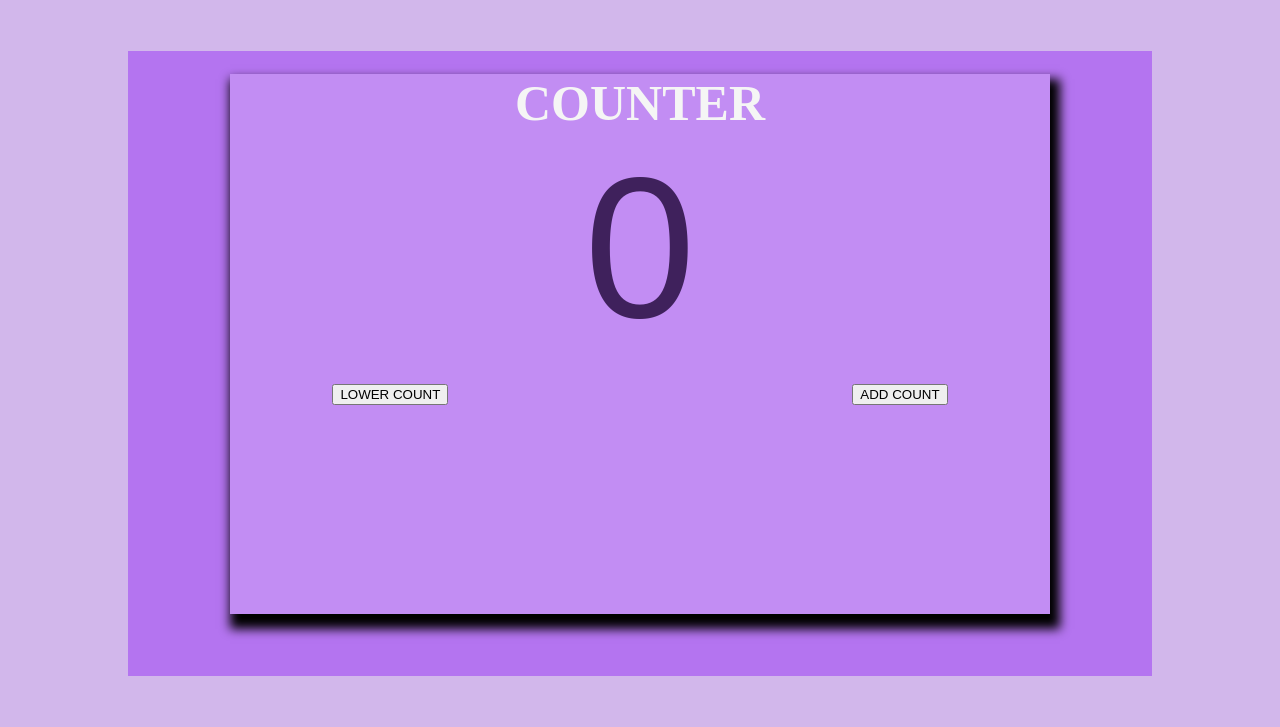
Repository: AnahitKhechumyan/Counter
Page: index.html
The author's editor kept a copy of each file at every save. The page is drawn from the files as they stood at one save, then again after the next save.
The browser window is 1280 px wide. The pictures show the whole page.

Above is the page before, as saved 2022-02-14 17:53:23.

### index.html
<!DOCTYPE html>
<html lang="en">
<head>
    <meta charset="UTF-8">
    <meta http-equiv="X-UA-Compatible" content="IE=edge">
    <meta name="viewport" content="width=device-width, initial-scale=1.0">
    <link rel="stylesheet" href="style.css">
    <script src= "./script.js"></script>
    <title>Document</title>
</head>
<body>
    <div class="container">
        <div class="main">
            <div class="header">COUNTER</div>
            <input type= "text" value = "0"/>
            <div class = "change">
                 <button id ="decrement" type="button">LOWER COUNT</button>
                 <button id ="increment" type="button">ADD COUNT</button>
            </div>
        </div>
    </div>
    <script src= "./script.js"></script>
</body>
</html>

### style.css
body{
    margin: 0;
    background-color: rgb(210, 183, 235);
}
.container{
    background-color: rgb(180, 116, 240);
    width: 80%;
    height: 85vh;
    margin: 4% 10%;
    padding-top: 1%;

}
.main{
    background-color: rgb(194, 141, 243);
    width: 80%;
    height: 75vh;
    margin: 1% 10%;
    box-shadow: 5px 10px 10px 5px;
    text-align: center;
}
.header{
    text-align: center;
    color:whitesmoke;
    font-size: 50px;
    font-weight: 700;
}

input{
    background-color:rgb(194, 141, 243) ;
    width: 20%;
    border:none;
    font-size:200px;
    color:rgb(63, 33, 92);
    text-align: center;
}
 .change{
    padding:20px;

 }
#decrement{
   margin-right: 200px;
}
#increment{
    margin-left: 200px;
}
}

Loaded but not shown: script.js (no copy from this time; the picture is the same without it)

After the next save:
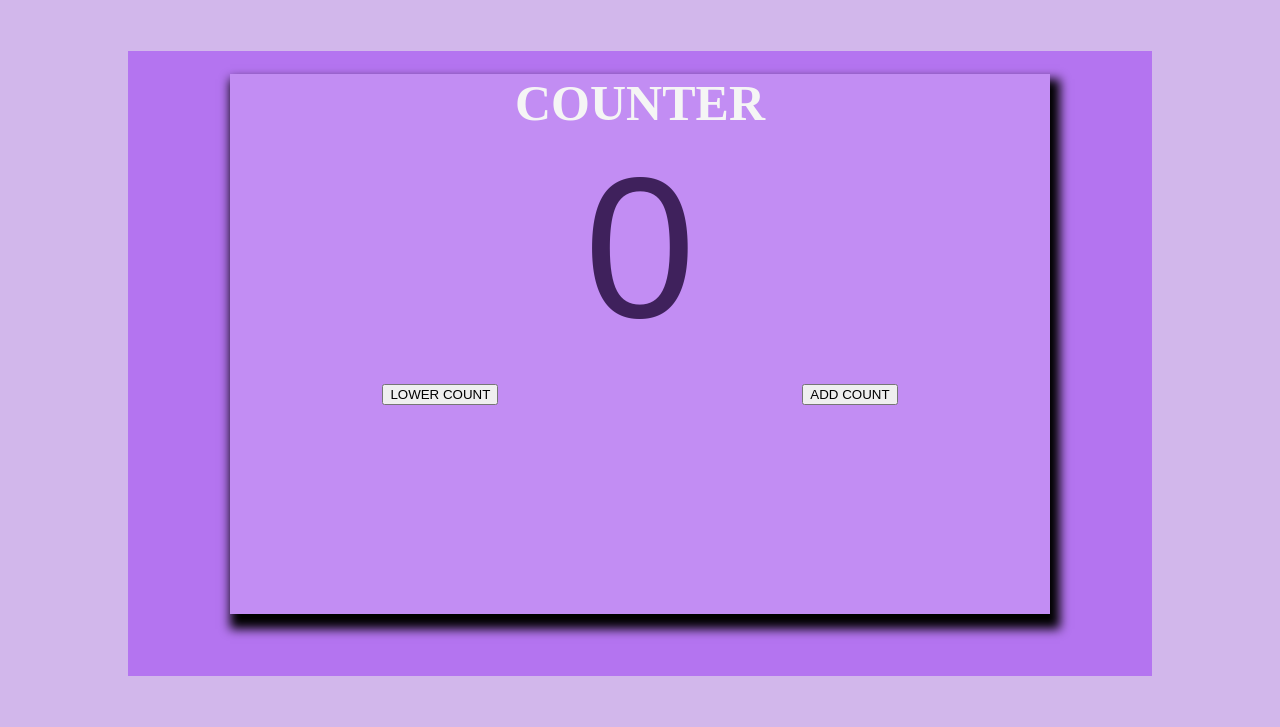
Saved 36 s later.
--- a/style.css
+++ b/style.css
@@ -38,9 +38,9 @@ input{
 
  }
 #decrement{
-   margin-right: 200px;
+   margin-right: 150px;
 }
 #increment{
-    margin-left: 200px;
+    margin-left: 150px;
 }
 }
